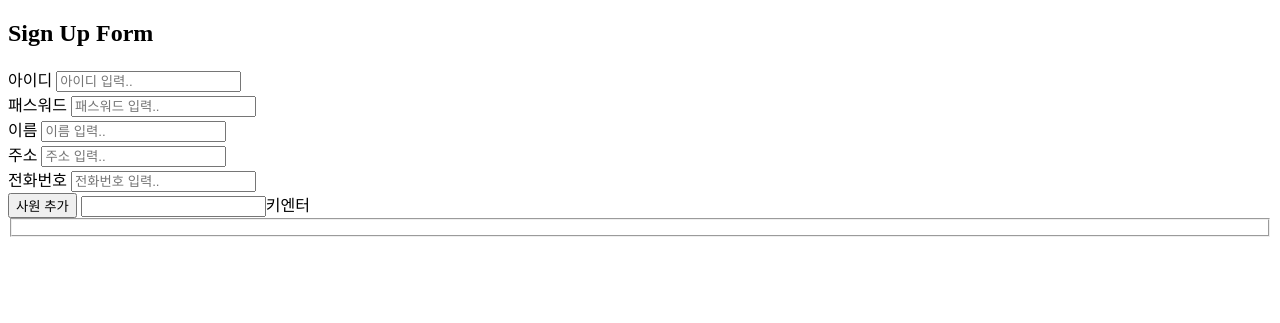
Repository: KangHoi/encore_vueWorkspace
Page: vue03_Event/WebContent/vue10_example.html
The author's editor kept a copy of each file at every save. The page is drawn from the files as they stood at one save, then again after the next save.
The browser window is 1280 px wide. The pictures show the whole page.

Above is the page before, as saved 2021-07-13 01:53:05.

### vue03_Event/WebContent/vue10_example.html
<!DOCTYPE html>
<html>
<head>
<meta charset="UTF-8">
<title>Insert title here</title>
<script src="https://cdn.jsdelivr.net/npm/vue/dist/vue.js"></script>
</head>
<body>
<div id ="second">
	<h2 v-html="title"></h2>
</div>

<section id="signup_section">
	<div id ="signup-form">
		<h2>Sign Up Form</h2>
		<form id="frm" action="main.do" method="post" @submit.prevent="dataCheck">

		<label><span>아이디</span></label>
		<input type="text" id="id" v-model="id" placeholder="아이디 입력.."><br>

		<label><span>패스워드</span></label>
		<input type="password" id="password" v-model="password" placeholder="패스워드 입력.."><br>

		<label><span>이름</span></label>
		<input type="text" id="name" v-model="name" placeholder="이름 입력.."><br>
		<label><span>주소</span></label>
		<input type="text" id="address" v-model="address" placeholder="주소 입력.."><br>
		<label><span>전화번호</span></label>
		<input type="text" id="phone" v-model="phone" placeholder="전화번호 입력.."><br>

		<button type="submit"> 사원 추가 </button>
		<label><input @keyup.enter="submit">키엔터</label>
		</form>

	</div>

	<div id="signup-result">
		<fieldset>
		<span v-html="id"></span>
		<span v-html="password"></span>
		<span v-html="name"></span>
		<span v-html="address"></span>
		<span v-html="phone"></span>
		</fieldset>

	</div>
</section>
<script>
		var signup_section = new Vue({
			el: '#signup_section',
			data: {
				id:'',
				password: '',
				name: '',
				address:'',
				phone:''
			},
			methods:{
				dataCheck(){
					if(this.id==""){alert(document.getElementById("id"))
					}
				}
			}
		});

		var second = new Vue({

		});

</script>
</body>
</html>

After the next save:
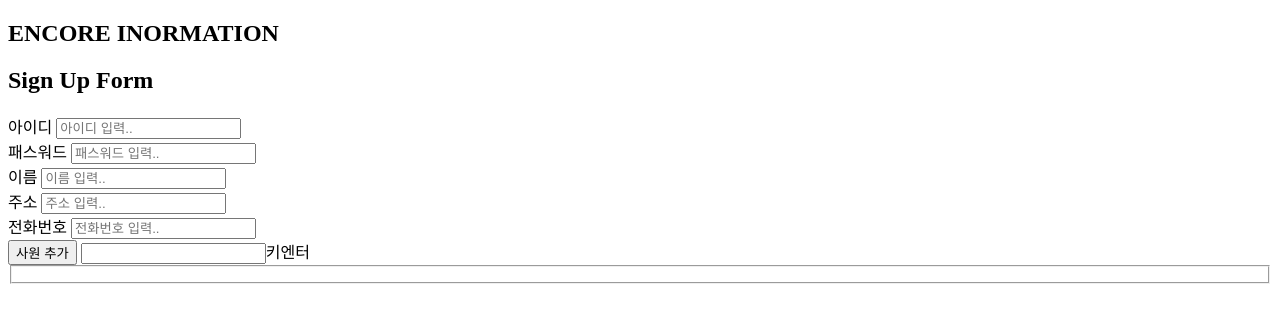
Saved 48 s later.
--- a/vue03_Event/WebContent/vue10_example.html
+++ b/vue03_Event/WebContent/vue10_example.html
@@ -57,13 +57,15 @@
 			},
 			methods:{
 				dataCheck(){
-					if(this.id==""){alert(document.getElementById("id"))
+					if(this.id==""){alert(document.getElementById("id").getAttribute("placeholder"));
 					}
 				}
 			}
 		});
 
 		var second = new Vue({
+			el: '#second',
+			data: {title:"ENCORE INORMATION"}
 
 		});
 
